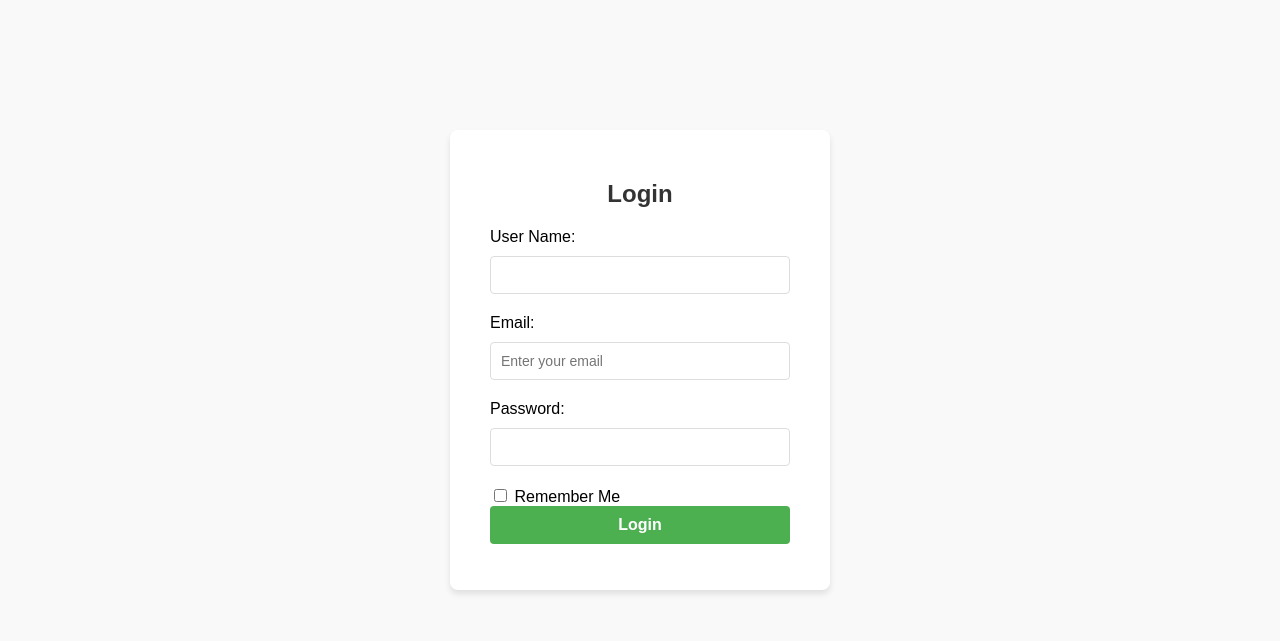
Repository: rajesh2058/2024JAVA
Page: http://localhost/hello/day6login.jsp
These files come from the project's save history. The page is drawn as it stood at one moment and after the next save; the edit follows.
The browser window is 1280 px wide. The pictures show the whole page.
The page is served by Tomcat 9.

Above is the page before, as saved 2024-12-06 02:49:05.

After the next save:
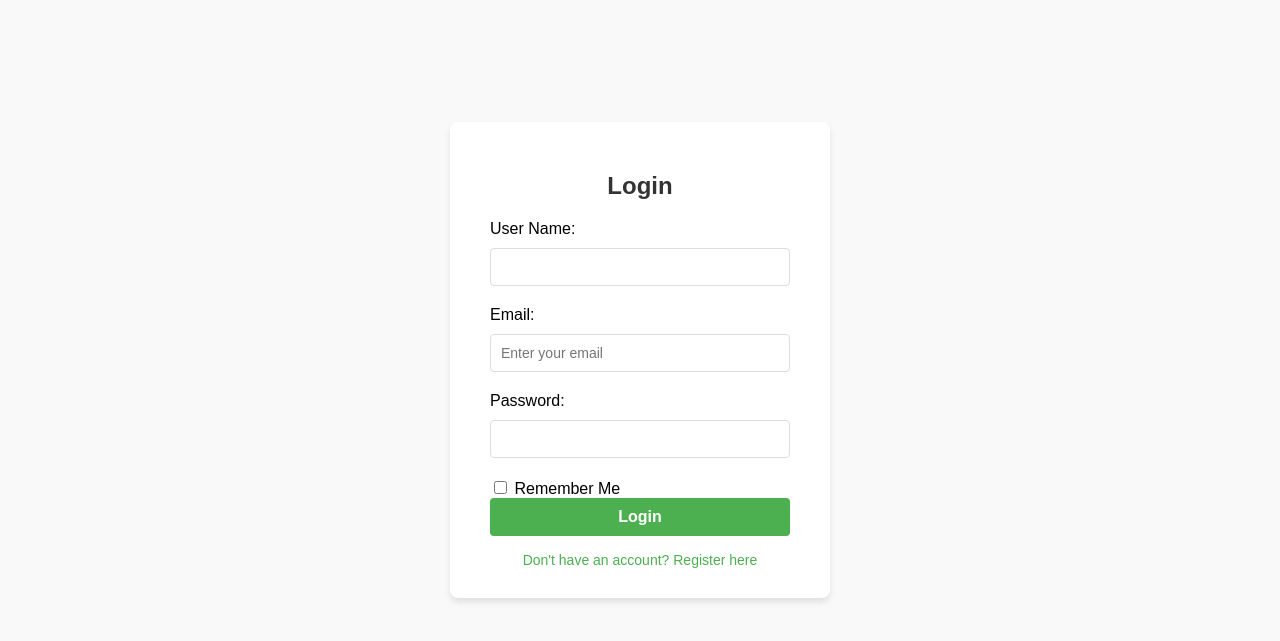
Saved 2 min 56 s later.
--- a/JSP/hello/src/main/webapp/day6login.jsp
+++ b/JSP/hello/src/main/webapp/day6login.jsp
@@ -80,17 +80,11 @@
         text-decoration: underline;
     }
 </style>
-
 <div class="form-container">
     <h2>Login</h2>
-    <%
-        String message = request.getParameter("message");
-        if (message != null) {
-    %>
+    <% String message = request.getParameter("message"); if (message != null) { %>
         <font color="red"><%= message %></font>
-    <%
-        }
-    %>
+    <% } %>
 
     <%
         String name = "";
@@ -122,4 +116,5 @@
         <input type="checkbox" name="remember" value="Yes" <%=check %>> Remember Me<br>
         <input type="submit" value="Login">
     </form>
+    <a href="day6register.jsp">Don't have an account? Register here</a>
 </div>
